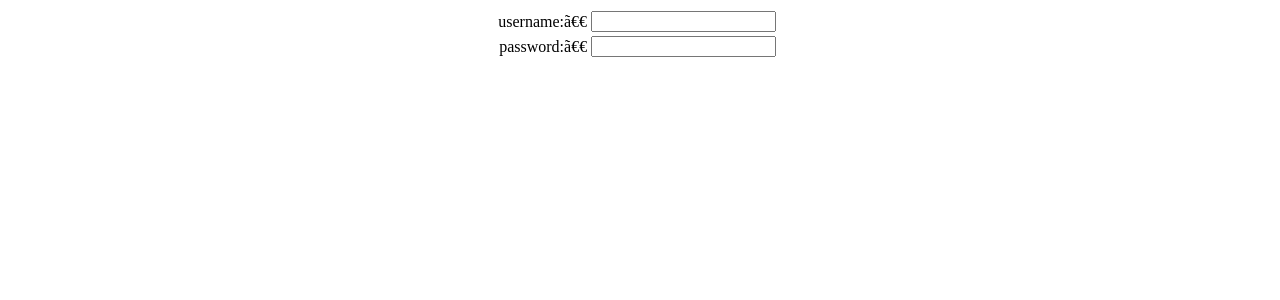
Repository: GetHubByYc/MyEclipse
Page: http://localhost/CheckLogin/login.jsp
These files come from the project's save history. The page is drawn as it stood at one moment and after the next save; the edit follows.
The browser window is 1280 px wide. The pictures show the whole page.
The page is served by Tomcat 9. Other server files are loaded and not shown.

Above is the page before, as saved 2015-11-13 14:23:23.

### CheckLogin/WebRoot/login.jsp
<%@ page language="java" import="java.util.*" pageEncoding="ISO-8859-1"%>

<!DOCTYPE HTML PUBLIC "-//W3C//DTD HTML 4.01 Transitional//EN">
<html>
  <head>
    <title>My JSP 'login.jsp' starting page</title>

	<meta http-equiv="pragma" content="no-cache">
	<meta http-equiv="cache-control" content="no-cache">
	<meta http-equiv="expires" content="0">
	<meta http-equiv="keywords" content="keyword1,keyword2,keyword3">
	<meta http-equiv="description" content="This is my page">
	<!--
	<link rel="stylesheet" type="text/css" href="styles.css">
	-->

  </head>

  <body>
   <form action="LoginServlet" method="post" onSubmit="return login(this)">
   		<table align="center" width="300" border="0" class="tb1">
   			<tr>
    		<td align="right">username:　</td>
    		<td><input type="text" name="username" ></td>
    	</tr>
    	<tr>
    		<td align="right">password:　</td>
    		<td><input type="text" name="pwd" ></td>
    	</tr>
   		</table>
   </form>
  </body>
</html>

After the next save:
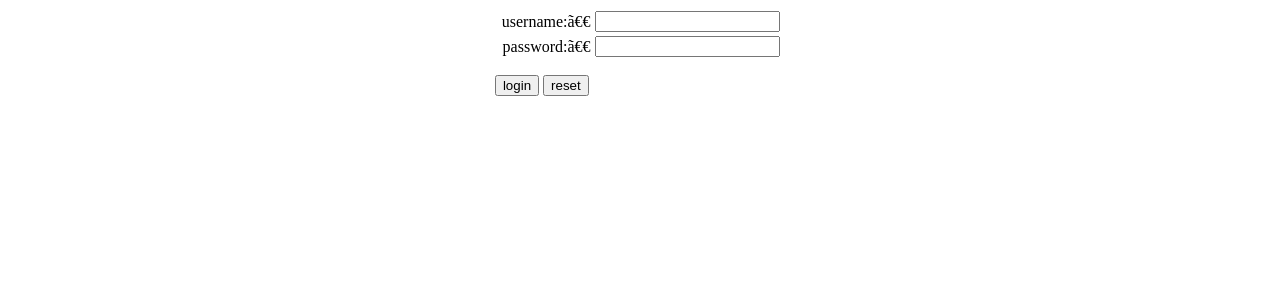
Saved 56 s later.
--- a/CheckLogin/WebRoot/login.jsp
+++ b/CheckLogin/WebRoot/login.jsp
@@ -27,6 +27,12 @@
     		<td align="right">password:　</td>
     		<td><input type="text" name="pwd" ></td>
     	</tr>
+    	<tr>
+    		<td clospan="2" align="center" height="50">
+    			<input type="submit" value="login">
+    			<input type="reset" value="reset">
+    		</td>
+    	</tr>
    		</table>
    </form>
   </body>
